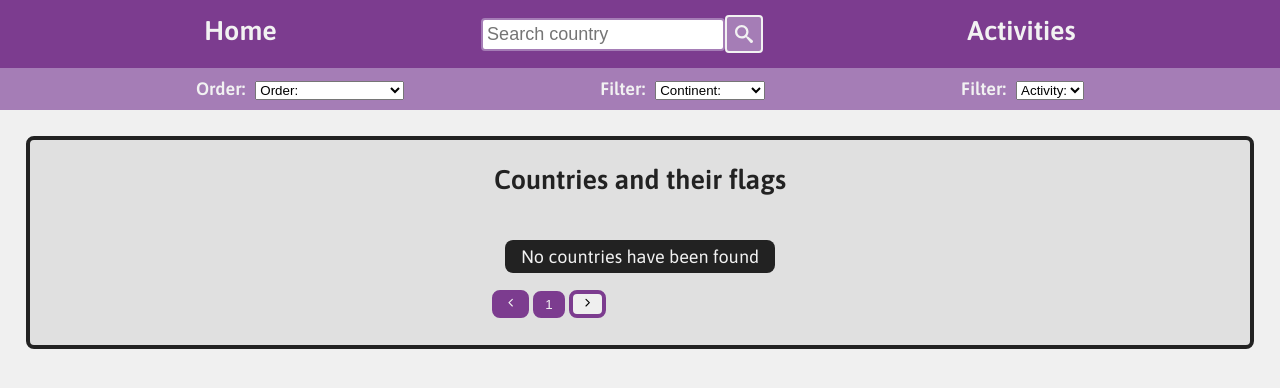
Repository: PCGP22/PI-Countries
Page: /countries/countries (app in cr-pi-countries-main/client/)
The author's editor kept a copy of each file at every save. The page is drawn from the files as they stood at one save, then again after the next save.
The browser window is 1280 px wide. The pictures show the whole page.
The page's requests for data from a server got no answer. The project was rebuilt for these pictures with package versions that can differ from the ones it lists, and the page was loaded fresh each time. No one was signed in, and anything a server would have sent is missing. Also part of the build but not shown: cr-pi-countries-main/client/vite.config.js, cr-pi-countries-main/client/src/styles/LandingPage.modules.css, cr-pi-countries-main/client/src/components/LandingPage.jsx, cr-pi-countries-main/client/src/styles/Detail.modules.css, cr-pi-countries-main/client/src/components/Detail.jsx, cr-pi-countries-main/client/src/components/ActividadesPage.css, cr-pi-countries-main/client/src/components/ActivityPage.jsx.

Above is the page before, as saved 2023-08-07 23:08:03.

After the next save:
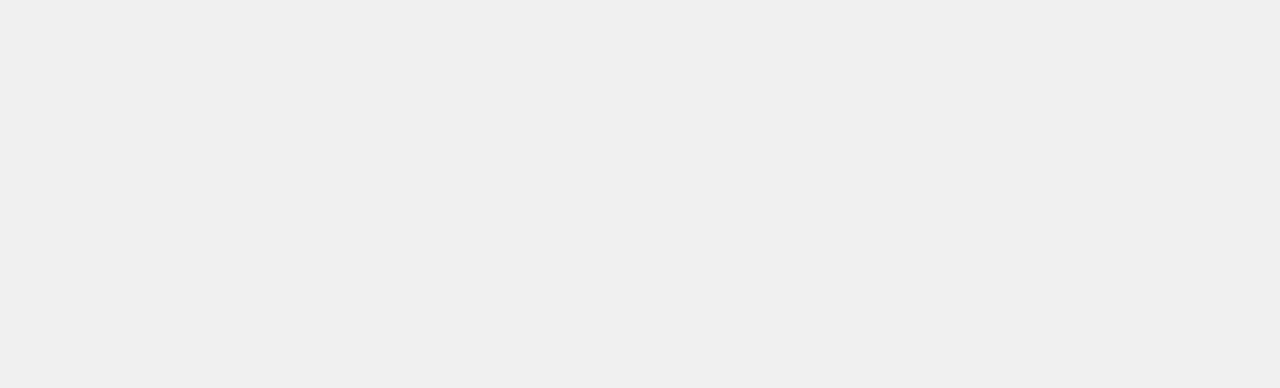
Console error (its wording comes from the project's code and is left out).
Saved 81 s later.
--- a/cr-pi-countries-main/client/src/components/SearchBar.jsx
+++ b/cr-pi-countries-main/client/src/components/SearchBar.jsx
@@ -9,9 +9,9 @@
   const [name, setName] = useState()
   const navigate = useNavigate();
 
-  const handleChange = (e) => {
-    setName(e.target.value)
-  }
+  // const handleChange = (e) => {
+  //   setName(e.target.value)
+  // }
 
   const handleClick = async() => {
      setName("")
@@ -26,7 +26,7 @@
 
   return (
     <div className='searchBar__container normal-text'>
-        <input type='text' placeholder='Search country' onChange={handleChange} onKeyDown={handleKeyDown} className='searchBar__input' value={name}/>
+        <input type='text' placeholder='Search country' onChange={setName(name)} onKeyDown={handleKeyDown} className='searchBar__input' value={name}/>
         <Link to={`/countries/countries/search?name=${name}`} className='searchBar__button'>
           <ImSearch onClick={handleClick}/>
         </Link>

After the save that followed:
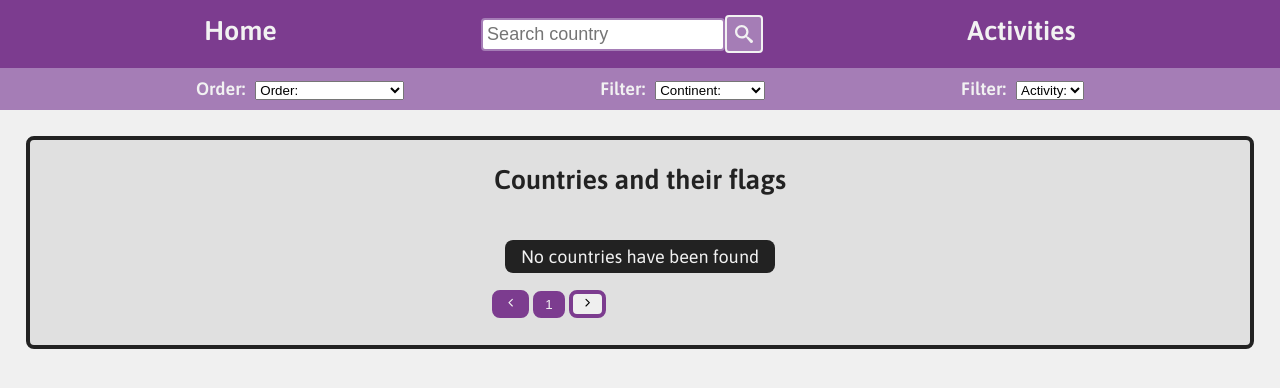
The error is gone.
Saved 15 s later.
--- a/cr-pi-countries-main/client/src/components/SearchBar.jsx
+++ b/cr-pi-countries-main/client/src/components/SearchBar.jsx
@@ -26,7 +26,7 @@
 
   return (
     <div className='searchBar__container normal-text'>
-        <input type='text' placeholder='Search country' onChange={setName(name)} onKeyDown={handleKeyDown} className='searchBar__input' value={name}/>
+        <input type='text' placeholder='Search country' onChange={()=>setName(name)} onKeyDown={handleKeyDown} className='searchBar__input' value={name}/>
         <Link to={`/countries/countries/search?name=${name}`} className='searchBar__button'>
           <ImSearch onClick={handleClick}/>
         </Link>
